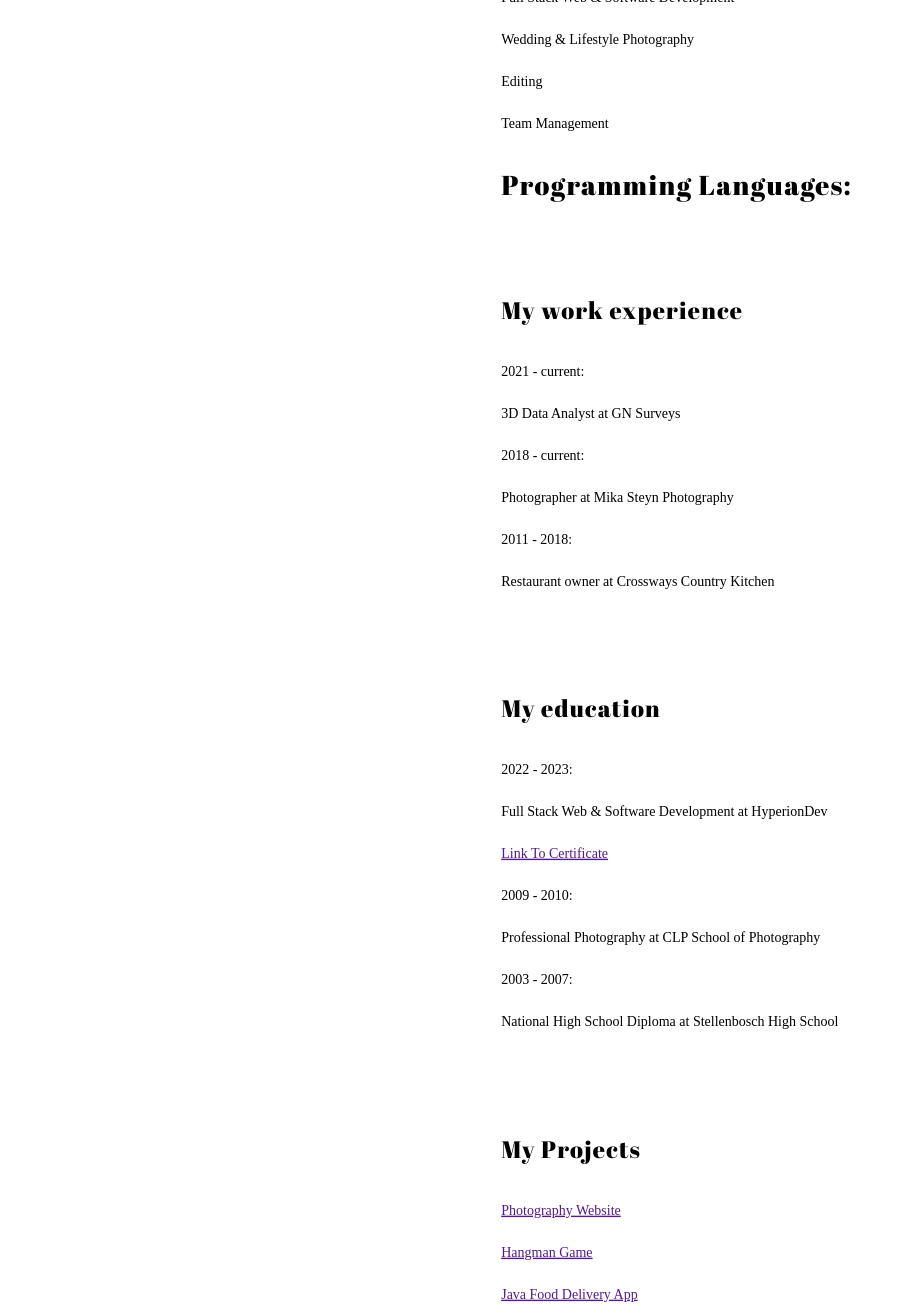
Repository: mikasteyn999/My-CV-Website
Page: index.html
These files come from the project's save history. The page is drawn as it stood at one moment and after the next save; the edit follows.
The browser window is 1280 px wide. The page is 1312 px wide, so the pictures cover 1312 px, including what lies to the right of the window. The pictures show the part of the page from y = 1574 to 3454 px (the page is 4170 px tall before and 4163 px after), at 70% of full size.
Some web fonts or font styles are not loaded; a fallback is used.

Above is the page before, as saved 2023-06-04 12:32:17.

After the next save:
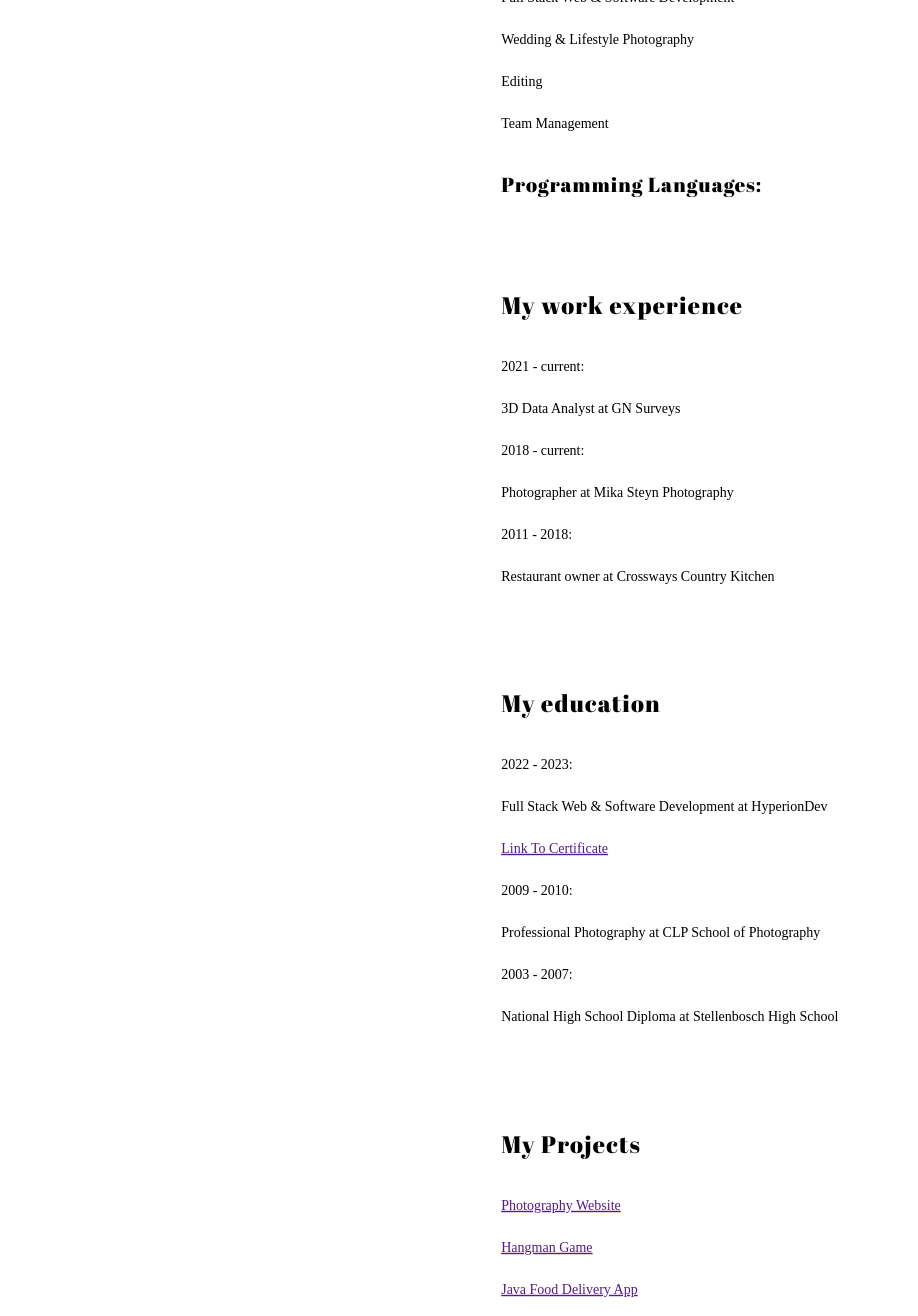
Saved 29 s later.
--- a/index.html
+++ b/index.html
@@ -51,7 +51,7 @@
                         <li>Editing</li>
                         <li>Team Management</li>
                     </ol>
-                    <h2>Programming Languages:</h2>
+                    <h4>Programming Languages:</h4>
                 </section>
                 <!-- WORK EXPERIENCE -->
                 <section id="work">
